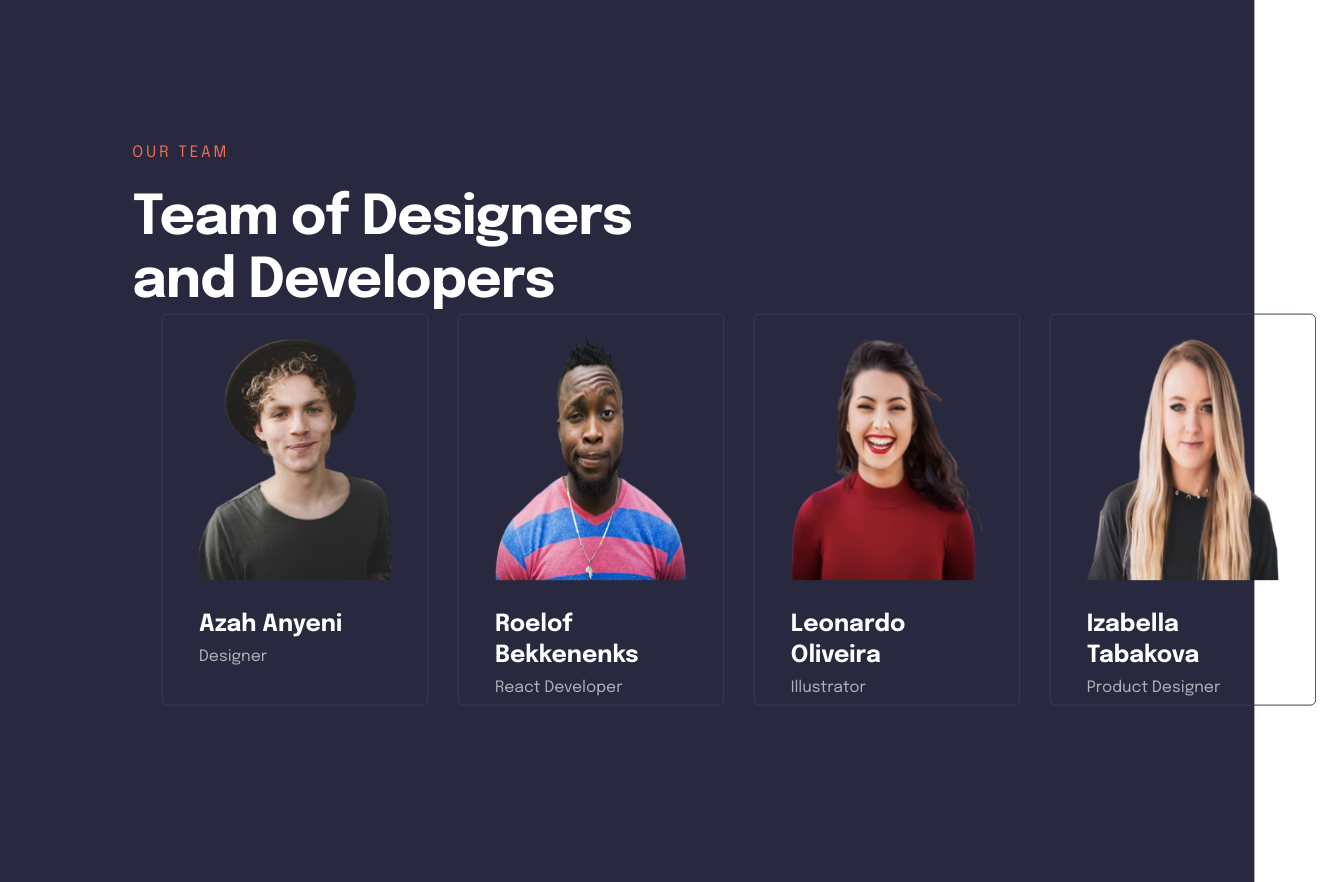
Repository: FaridRustamov09/task13
Page: index.html
An editor plug-in stored every save of this project. The page is shown before and after a run of saves, followed by the edit.
The browser window is 1280 px wide. The page is 1343 px wide, then 1371 px, so the pictures cover 1371 px, including what lies to the right of the window. The pictures show the whole page, at 98% of full size.

Above is the page before, as saved 2023-11-27 19:01:08.

After the next 3 saves:
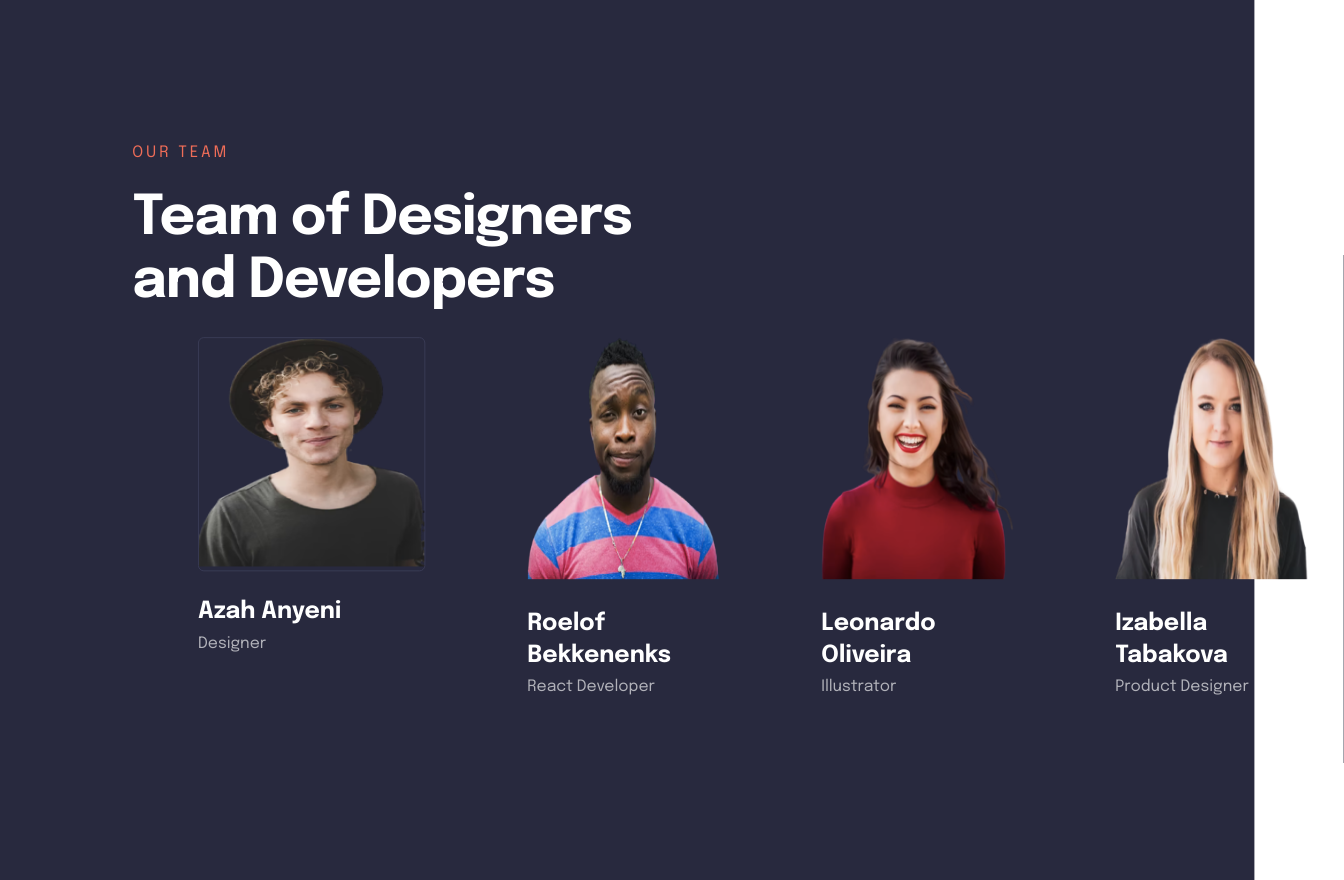
The 3 saves are shown as one change because they came seconds apart.
The last was saved 10 s later.
--- a/index.css
+++ b/index.css
@@ -37,10 +37,12 @@
 .box {
   margin-left: 30px;
   padding: 24px 37px 1px 37px;
+
+}
+.box .img-border{
   border-radius: 6px;
   border: 1px solid #3a3c56;
 }
-.box
 img:first-child{
   width: 196px;
 height: 247px;
